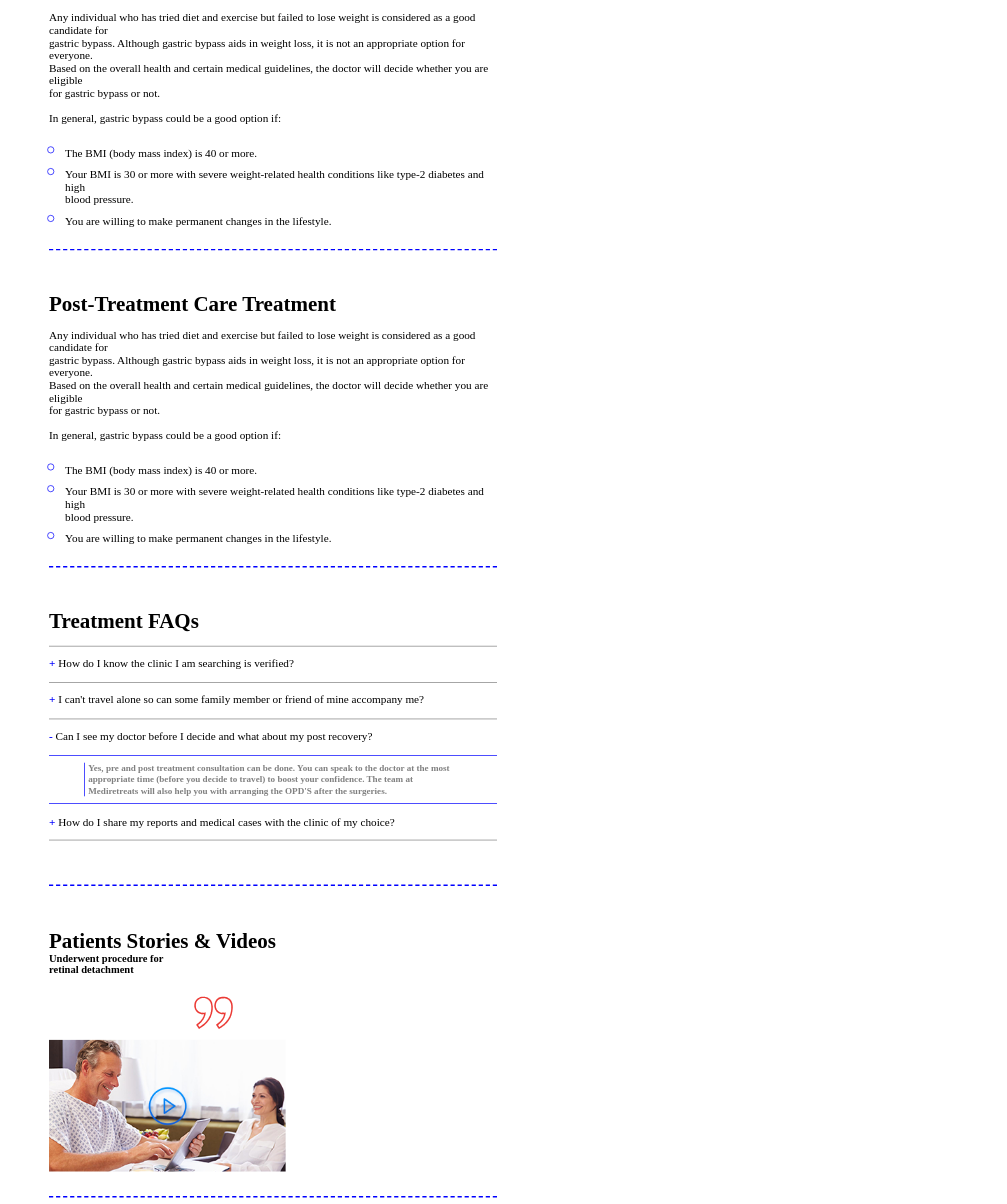
Repository: hetuk2005/webDevelopment
Page: Projects/Aafiya.html
An editor plug-in stored every save of this project. The page is shown before and after the next save, followed by the edit.
The browser window is 1280 px wide. The page is 1438 px wide, so the pictures cover 1438 px, including what lies to the right of the window. The pictures show the part of the page from y = 2792 to 4512 px (the page is 4512 px tall before and 4457 px after), at 70% of full size.

Above is the page before, as saved 2025-04-08 10:30:29.

After the next save:
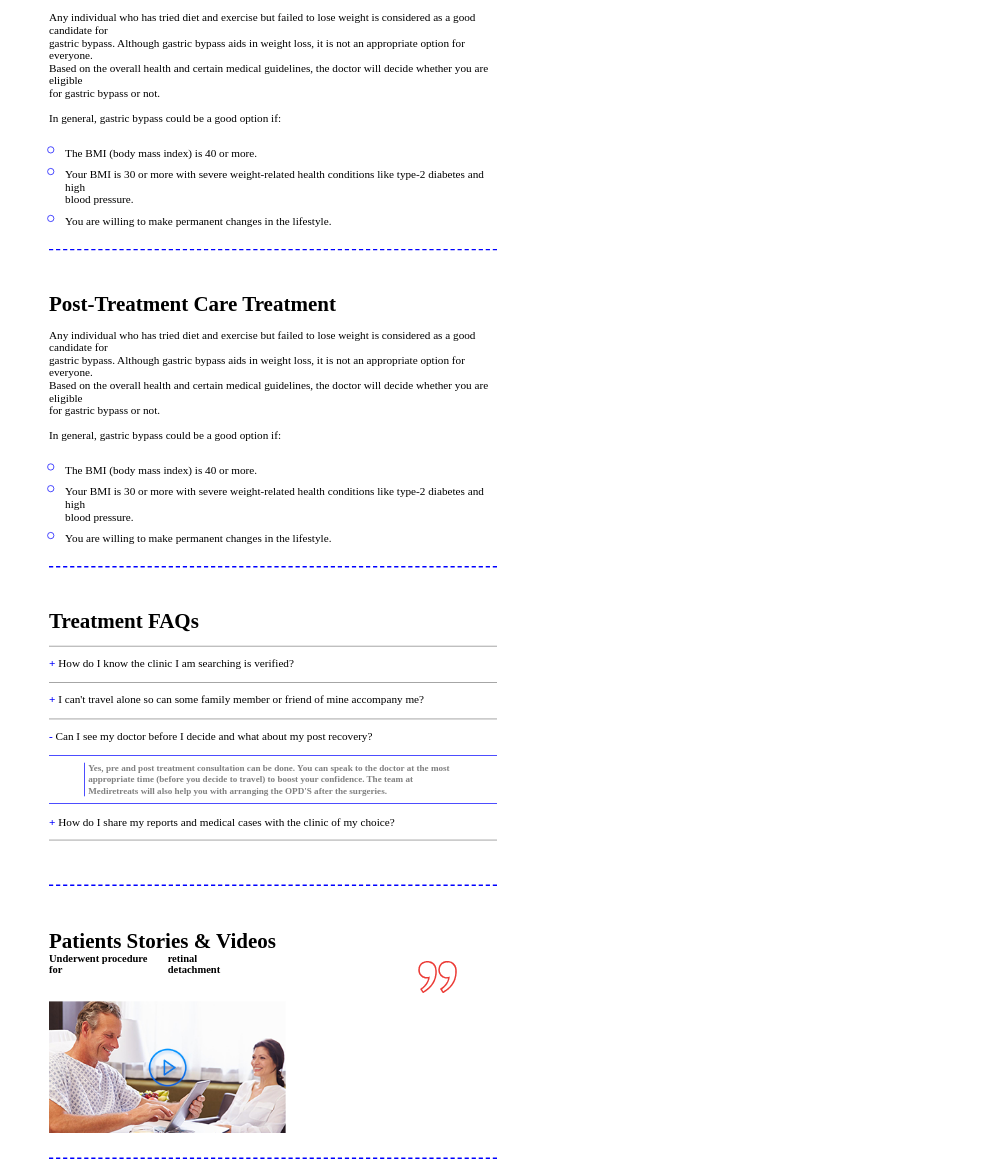
Saved 24 s later.
--- a/Projects/CSS/Aafiya.css
+++ b/Projects/CSS/Aafiya.css
@@ -509,6 +509,12 @@ span {
     font-weight: bold;
 }
 
+.patient_stories>.stories_img>.text1 {
+    display: flex;
+    gap: 20px;
+    padding-right: 50px;
+}
+
 .patient_stories>.stories_img>.text1>.quotes {
     height: 70px;
     width: 70px;
